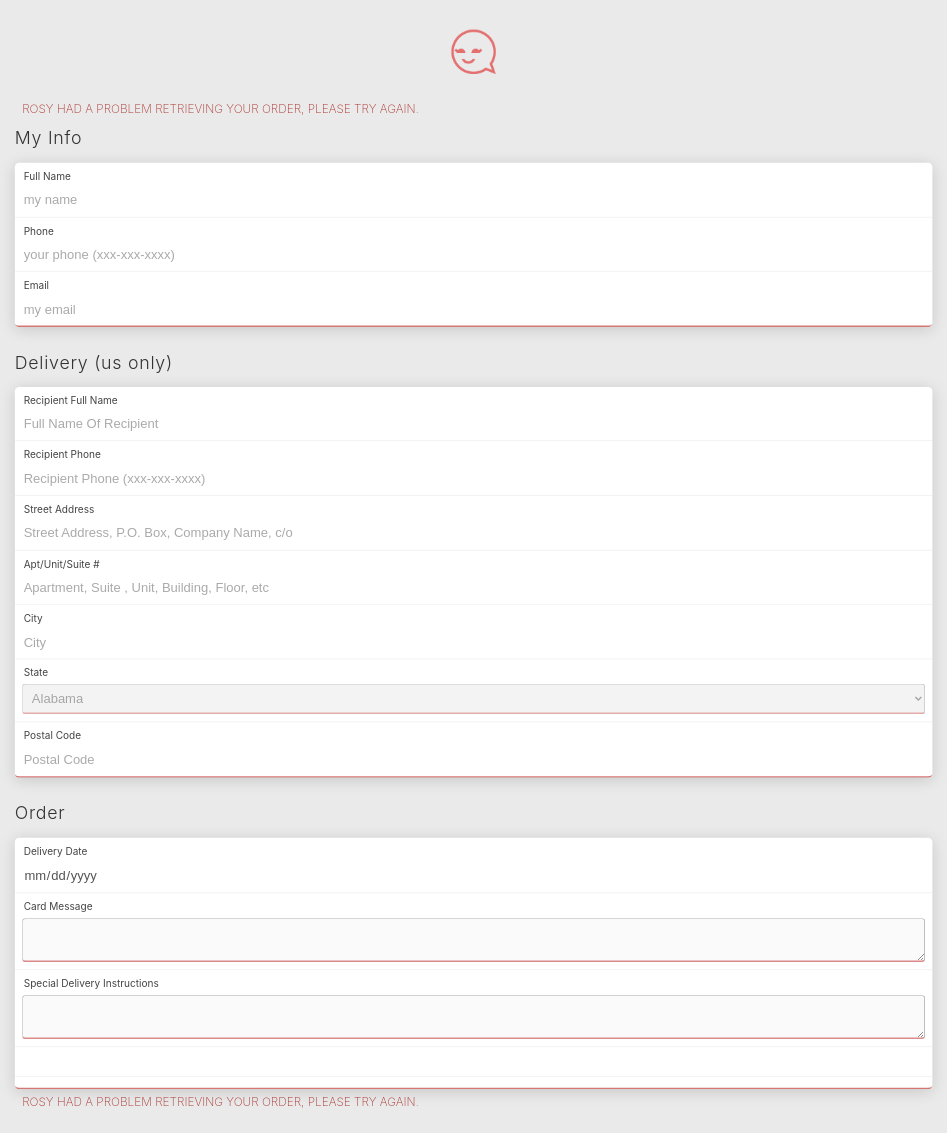
Repository: mattbobgithub/rosybot-ui
Page: rosybot-ui/dist/checkout.html
The author's editor kept a copy of each file at every save. The page is drawn from the files as they stood at one save, then again after the next save.
The browser window is 1280 px wide. The pictures show the whole page, at 74% of full size.
The page's requests for data from a server got no answer. Some web libraries are served in a nearby version.

Above is the page before, as saved 2017-10-13 23:14:16.

After the next save:
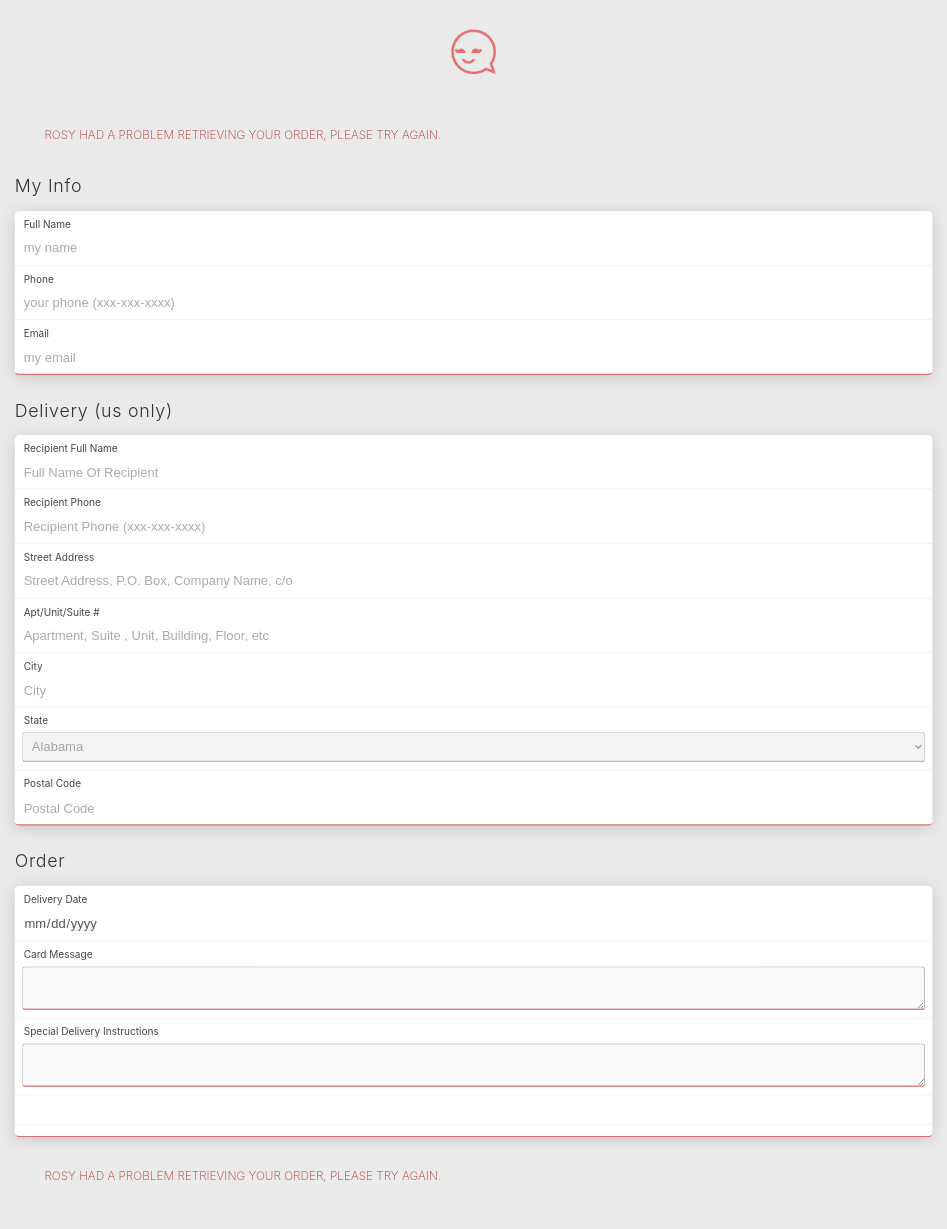
Saved 3 min 25 s later.
--- a/rosybot-ui/dist/index.css
+++ b/rosybot-ui/dist/index.css
@@ -139,6 +139,6 @@
 }
 
 .confirm-message{
-	padding: 5px 10px 10px 10px;
+	padding: 40px;
 	color: #ac3934;
 }
